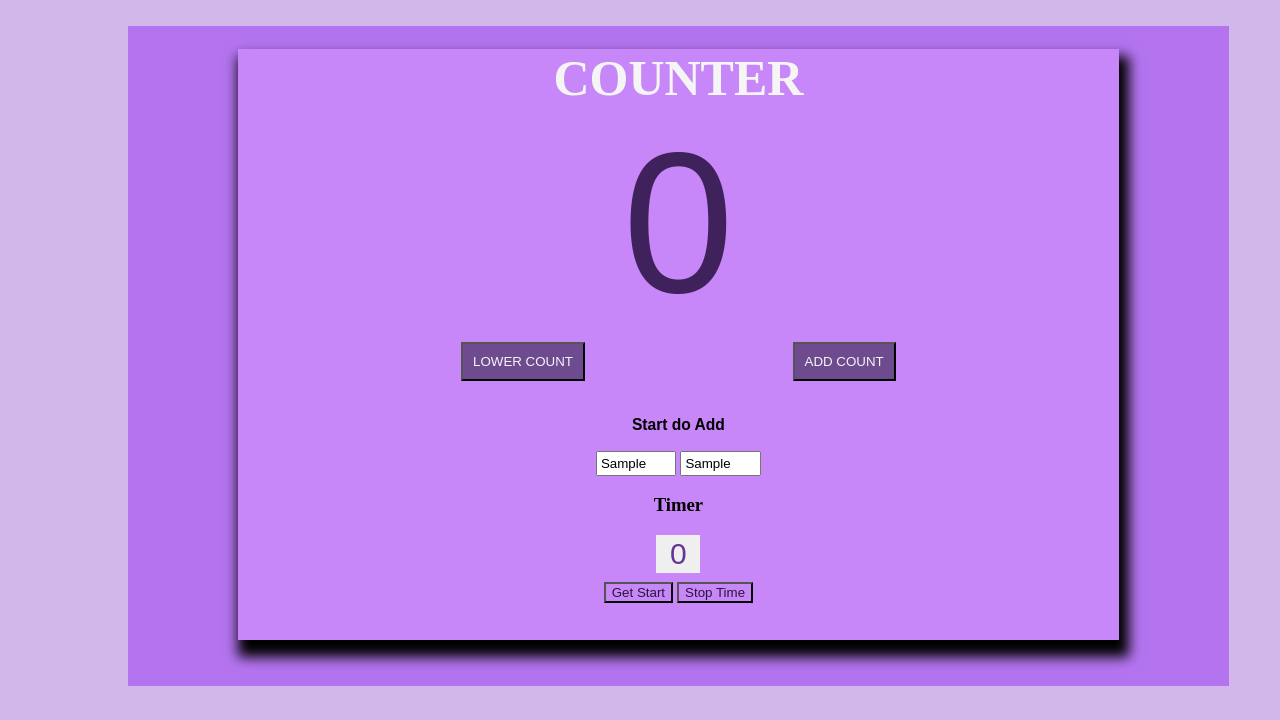
Repository: AnahitKhechumyan/Counter
Page: index.html
The author's editor kept a copy of each file at every save. The page is drawn from the files as they stood at one save, then again after the next save.
The browser window is 1280 px wide. The pictures show the whole page.
Empty fields were first filled with sample values (such as "Sample", 5 or name@example.com).
After loading, the first visible `button.add` was clicked once.

Above is the page before, as saved 2022-02-15 01:06:07.

### index.html
<!DOCTYPE html>
<html lang="en">
<head>
    <meta charset="UTF-8">
    <meta http-equiv="X-UA-Compatible" content="IE=edge">
    <meta name="viewport" content="width=device-width, initial-scale=1.0">
    <link rel="stylesheet" href="style.css">
    <title>Counter</title>
</head>
<body>
    <div class="container">
       <div class="main">
            <div class="header">COUNTER</div>
            <button class= "counter">0</button>
            <div class = "change">
                 <button class ="decrement" type="button">LOWER COUNT</button>
                 <button class ="increment" type="button">ADD COUNT</button>
            </div>
            <button class= "sum">0</button> <br>
            <button class= "add" type="button"><h3>Start do Add</h3></button>
            <div >
                <input class ="firstInput" type="text" />
                <input class ="secondInput" type = "text"/>
           </div>
           <h3>Timer</h3>
           <button class= "timer">0</button>
            <div>
                <button class ="getTime">Get Start</button>
                <button class ="stopTime">Stop Time</button>
           </div>
        </div>
    </div>
    <script src= "script.js"></script>
</body>
</html>

### style.css
body{
    margin: 0;
    background-color: rgb(210, 183, 235);
}
.container{
    background-color: rgb(180, 116, 240);
    width: 86%;
    height: 90vh;
    margin: 2% 10%;
    padding-top: 1%;

}
.main{
    background-color: rgb(199, 135, 248);
    width: 80%;
    height: 82vh;
    margin: 1% 10%;
    box-shadow: 5px 12px 12px 5px;
    text-align: center;
}
.header{
    text-align: center;
    color:whitesmoke;
    font-size: 50px;
    font-weight: 700;
}

.counter{
    border:none;
    font-size:200px;
    color:rgb(63, 33, 92);
    background-color:rgb(199, 135, 248) ;

}
 .change{
     background-color:  rgb(199, 135, 248);
     font-size: 30px;
 }
.decrement{
    padding:10px;
    margin-right: 100px;
   background-color: rgb(110, 74, 143);
   color:whitesmoke;
}
.decrement:hover{
    background-color:whitesmoke;
    color:rgb(110, 74, 143);
    cursor:pointer;
}
.increment{
    padding:10px;
    margin-left: 100px;
    background-color: rgb(110, 74, 143);
    color:whitesmoke;
}
.increment:hover{
    background-color:whitesmoke;
    color:rgb(110, 74, 143);
    cursor:pointer;
}
.sum{
    border:none;
    background-color: rgb(199, 135, 248);
    color:whitesmoke;
    font-size: 40px;
}
.firstInput, .secondInput{
    width: 8%;
    padding:3px;
}
.timer{
    padding:2px 3px;
    font-size: 30px;
   width: 5%;
   border:none;
   color:rebeccapurple;
}

.getTime, .stopTime{
    margin-top:1%;
    background-color:rgb(199, 135, 248);
    color:rgb(41, 20, 61);
    cursor:pointer;
}
.getTime:hover, .stopTime:hover{
    background-color: whitesmoke;
    font-weight: 200;
}
h3{
    cursor:pointer;
}
.add{
    border:none;
    background-color: rgb(199, 135, 248);
}

### script.js
let counterElem = document.querySelector('.counter');
let addCount = document.querySelector('.increment');
let lowerCount =document.querySelector('.decrement');
let getTimer = document.querySelector('.getTime');
let stopTimer = document.querySelector('.stopTime');
let goTimer = document.querySelector('.timer');
let startAdd = document.querySelector('.add');
let addSum = document.querySelector('.sum');
let firstNum = document.querySelector('.firstInput');
let secondNum = document.querySelector('.secondInput');


    let count = 0;
    updateDisplay();

 addCount.addEventListener("click",()=>{
    count++;
    updateDisplay();
});
lowerCount.addEventListener("click",()=>{
    count--;
    updateDisplay();
});

function updateDisplay(){
    counterElem.innerHTML = count;
};

 let sum = 0;
startAdd.addEventListener("click",()=>{
 addSum.innerHTML = sum;
});
let x = firstNum.innerHTML;
let y = secondNum.innerHTML;
function add(x){
    return function(y){
        sum = x+y;
        return sum;
    }
};
add(x)(y);



    countTime=0;
 function getTime(){
    countTime++;
    goTimer.innerHTML = countTime;
 }
   let timer = 0;
  getTimer.addEventListener("click",()=>{
    timer = setInterval(getTime,1000);
});

stopTimer.addEventListener("click",()=>{
    clearInterval(timer);
    countTime = 0;
    goTimer.innerHTML = 0;
});

After the next save:
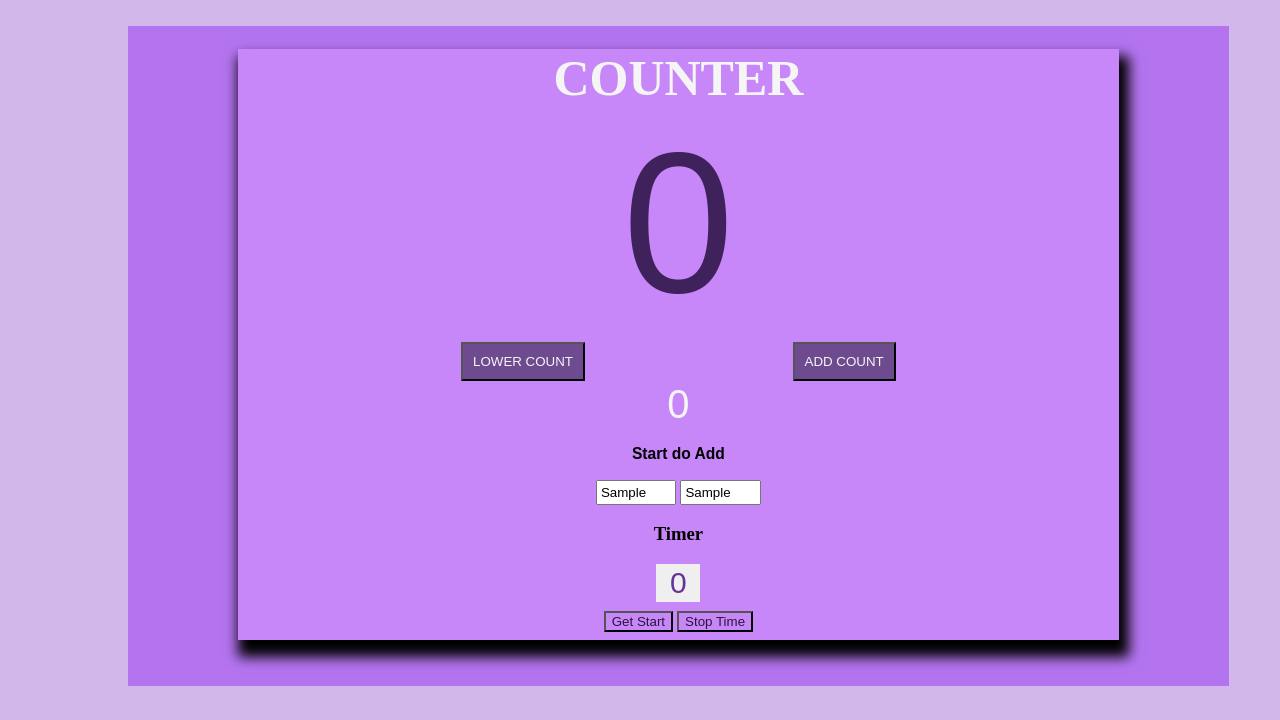
Saved 65 s later.
--- a/script.js
+++ b/script.js
@@ -28,7 +28,7 @@ function updateDisplay(){
 
  let sum = 0;
 startAdd.addEventListener("click",()=>{
- addSum.innerHTML = sum;
+  sum = addSum.innerHTML  ;
 });
 let x = firstNum.innerHTML;
 let y = secondNum.innerHTML;
